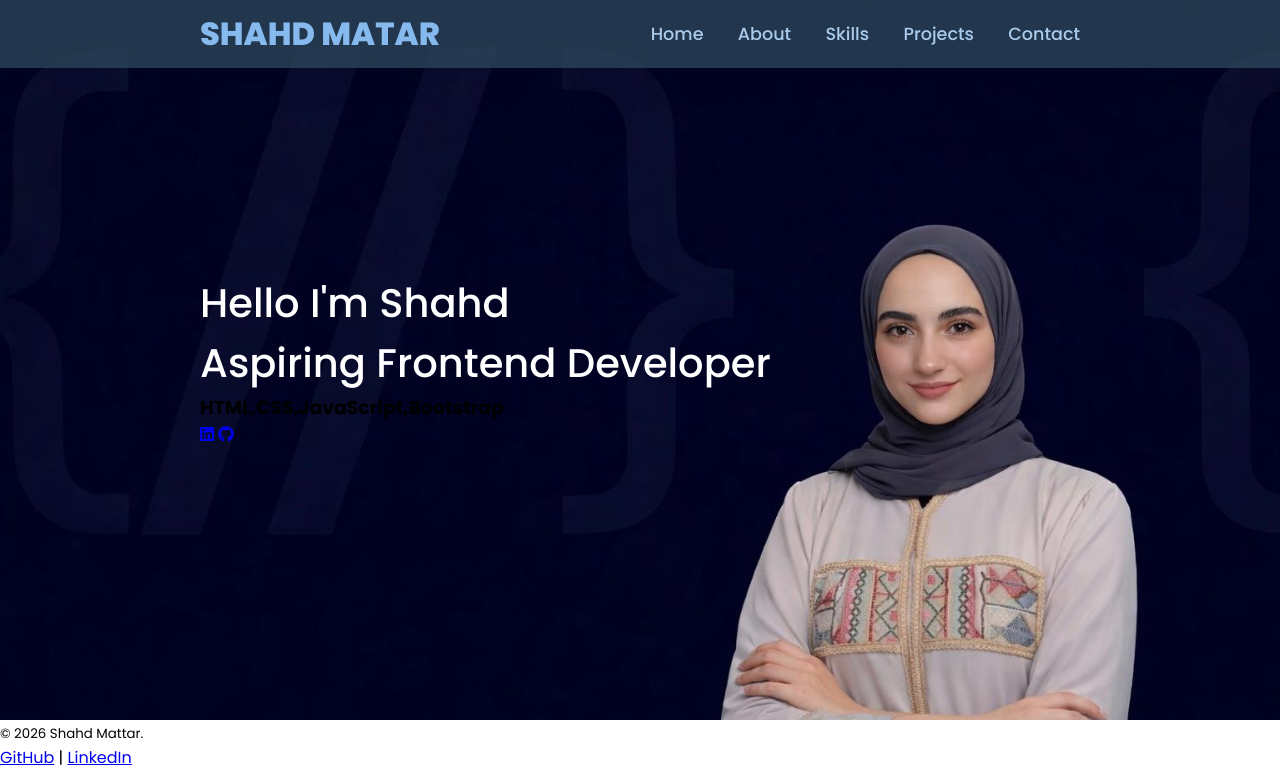
Repository: shahdmattar/personal-landing-page
Page: index.html
An editor plug-in stored every save of this project. The page is shown before and after the next save, followed by the edit.
The browser window is 1280 px wide. The pictures show the whole page.
Backgrounds fixed to the window are drawn as part of the page.

Above is the page before, as saved 2026-04-15 10:55:02.

After the next save:
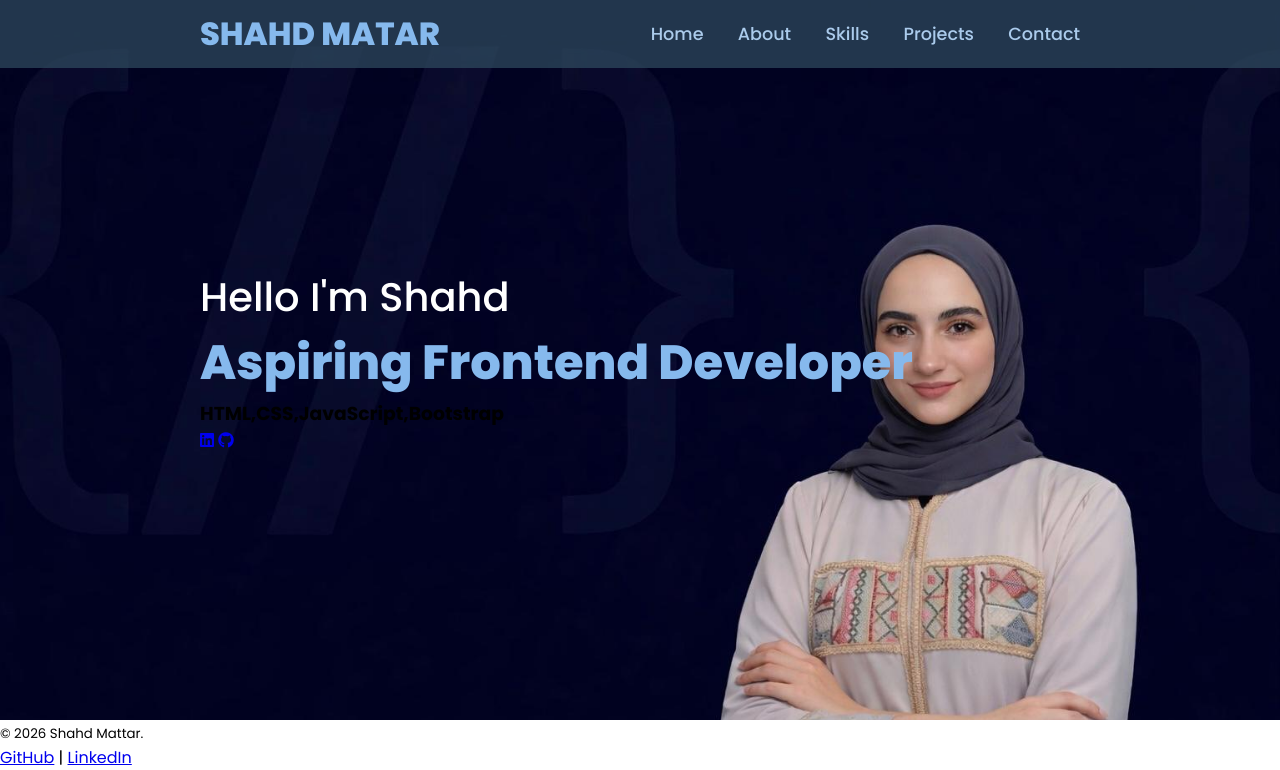
Saved 4 s later.
--- a/style.css
+++ b/style.css
@@ -63,5 +63,7 @@ section{
 }
 
 .main h2 span{
-  color:
+  color:#86b9ed;
+  font-size:3rem;
+  font-weight:800;
 }
